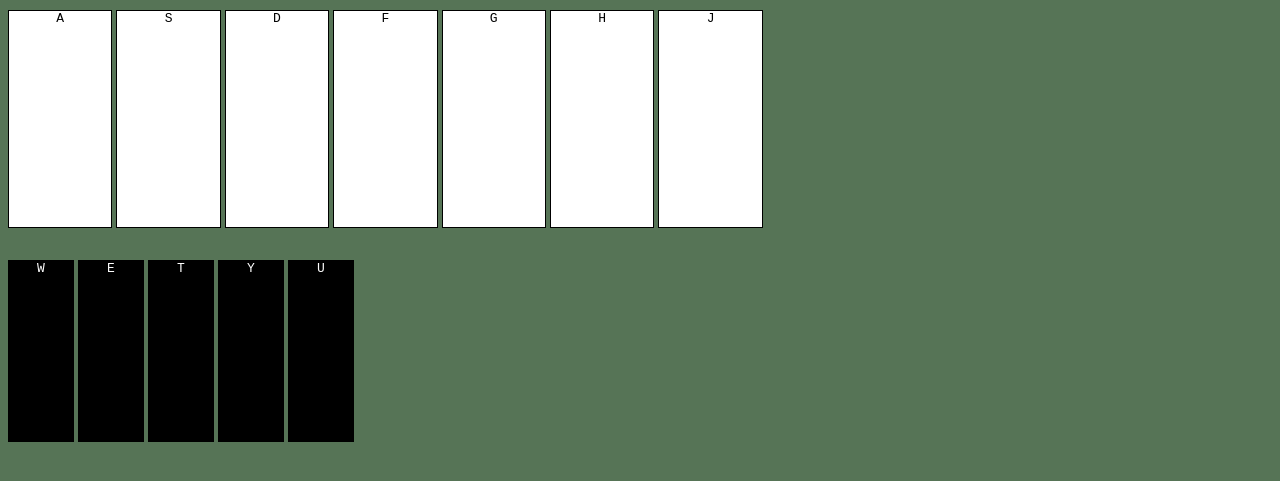
Repository: ctcoleman/Virtual-Piano
Page: index.html
The author's editor kept a copy of each file at every save. The page is drawn from the files as they stood at one save, then again after a run of saves.
The browser window is 1280 px wide. The pictures show the whole page.

Above is the page before, as saved 2020-07-20 08:56:19.

After the next 2 saves:
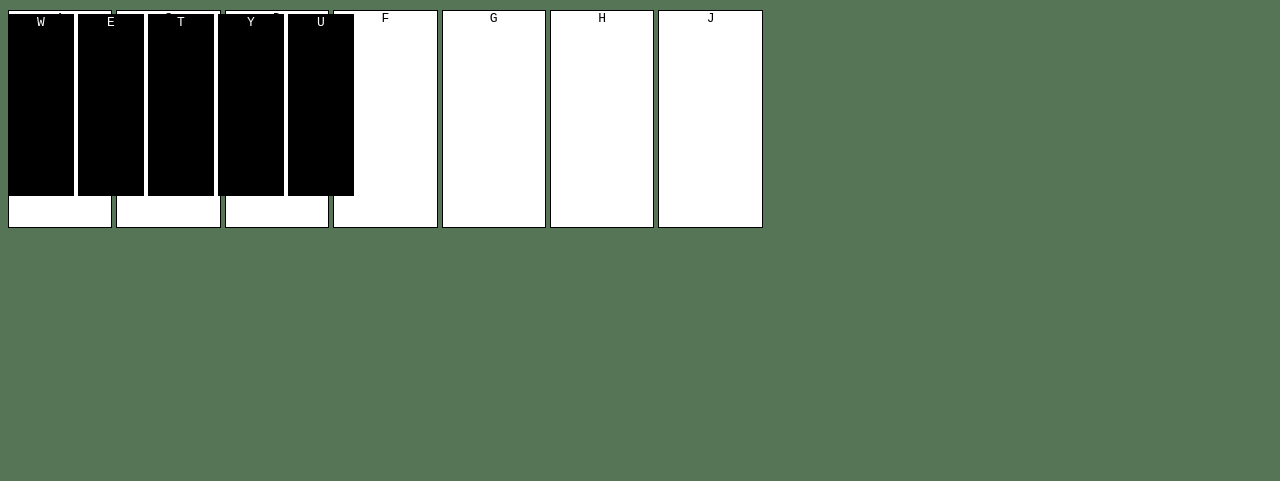
The 2 saves are shown as one change because they came seconds apart.
The last was saved 11 s later.
--- a/index.css
+++ b/index.css
@@ -25,7 +25,7 @@ html {
 .black-key {
     position: relative;
     z-index: 1;
-    top: 30px;
+    top: -30vh;
     text-align: center;
     display: inline-block;
     width: 5vw;
